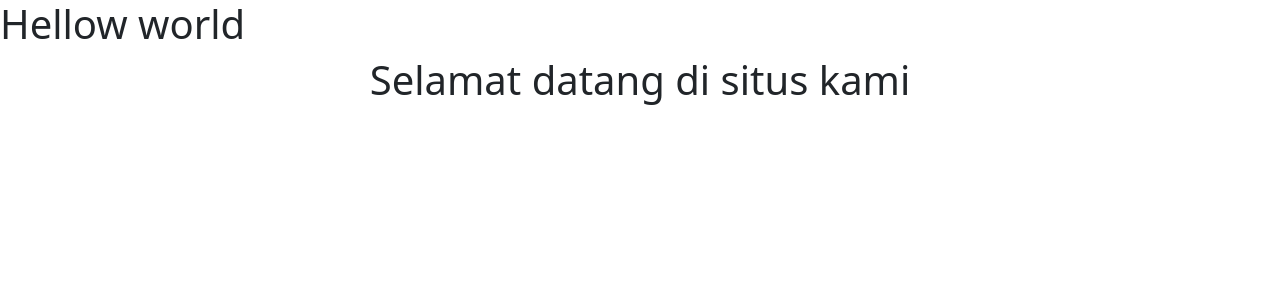
Repository: aryowisang/mbg
Page: latihan-24.html
The author's editor kept a copy of each file at every save. The page is drawn from the files as they stood at one save, then again after a run of saves.
The browser window is 1280 px wide. The pictures show the whole page.

Above is the page before, as saved 2026-04-30 13:57:53.

After the next 3 saves:
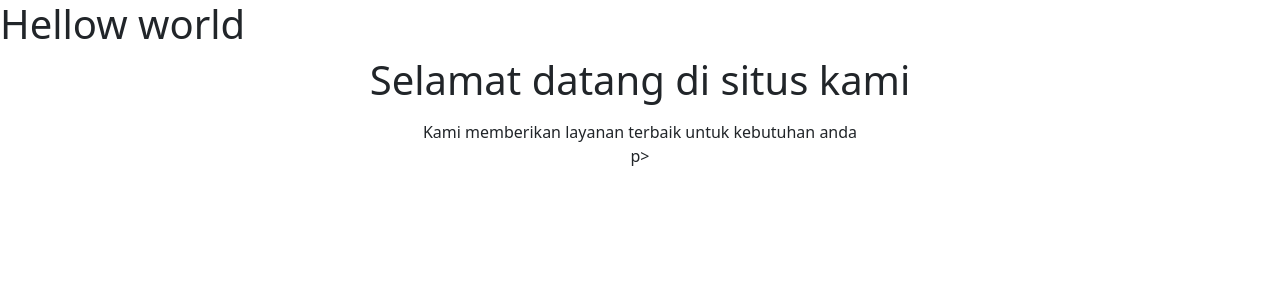
The 3 saves are shown as one change because they came seconds apart.
The last was saved 21 s later.
--- a/latihan-24.html
+++ b/latihan-24.html
@@ -12,7 +12,7 @@
     <section id="hero" class="hero text-center">
         <div class="container fade-line-up">
             <h1>Selamat datang di situs kami</h1>
-            <p class="lead"></p>
+            <p class="lead"></p>Kami memberikan layanan terbaik untuk kebutuhan anda</div>p>
     </section>
 </body>
 </html>
